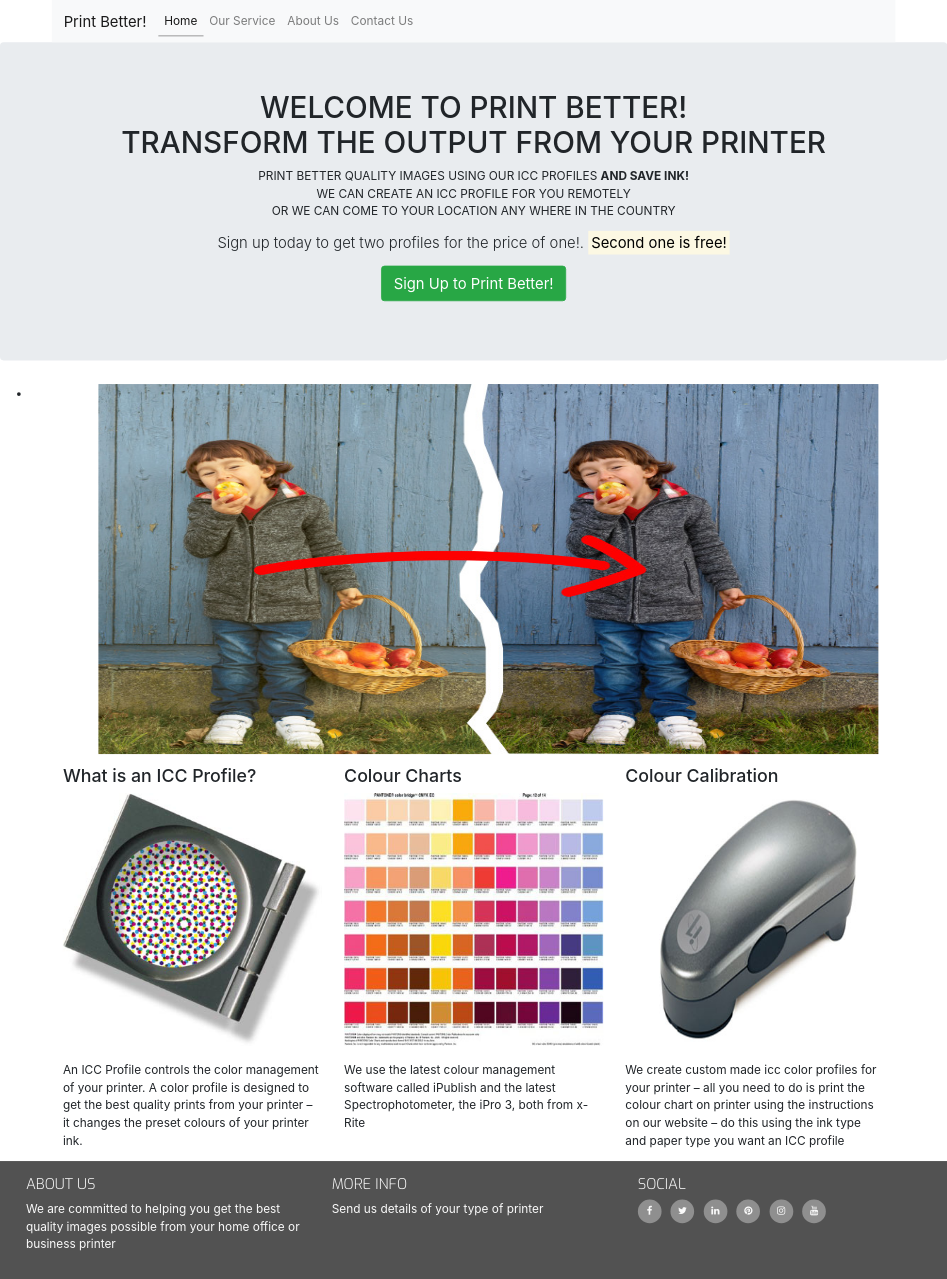
Repository: marks530/first_milestone
Page: service.html
An editor plug-in stored every save of this project. The page is shown before and after the next save, followed by the edit.
The browser window is 1280 px wide. The pictures show the whole page, at 74% of full size.
Some web libraries are served in a nearby version.

Above is the page before, as saved 2021-03-17 17:09:18.

### service.html
<!DOCTYPE html>
<html lang="en">

<head>
    <meta charset="UTF-8">
    <meta http-equiv="X-UA-Compatible" content="IE=edge">
    <meta name="viewport" content="width=device-width, initial-scale=1.0">
    <link href="css/style.css" rel="stylesheet" type="text/css" />
    <link rel="stylesheet" href="https://maxcdn.bootstrapcdn.com/bootstrap/4.2.1/css/bootstrap.min.css" type="text/css" />
    <link rel="stylesheet" href="https://maxcdn.bootstrapcdn.com/font-awesome/4.7.0/css/font-awesome.min.css" type="text/css" />
    <link rel="stylesheet" href="https://cdnjs.cloudflare.com/ajax/libs/hover.css/2.1.1/css/hover-min.css" type="text/css" />
    <link href='https://fonts.googleapis.com/css?family=Roboto:100,200,300,400' rel='stylesheet' type='text/css'>

    <title>Navbar Test</title>

</head>

<body>
    <section>
        <nav class="navbar navbar-custom navbar-expand-lg navbar-light bg-light container">
            <a class="navbar-brand" href="#">Print Better!</a>
            <button class="navbar-toggler" type="button" data-toggle="collapse" data-target="#navbarSupportedContent" aria-controls="navbarSupportedContent" aria-expanded="false" aria-label="Toggle navigation">
            <span class="navbar-toggler-icon"></span>
            </button>

            <div class="collapse navbar-collapse" id="navbarSupportedContent">
                <ul class="navbar-nav mr-auto">
                    <li class="nav-item active">
                        <a class="nav-link" href="#">Home <span class="sr-only">(current)</span></a>
                    </li>
                    <li class="nav-item">
                        <a class="nav-link" href="#">Our Service</a>
                    </li>
                    <li class="nav-item">
                        <a class="nav-link" href="#">About Us</a>
                    </li>
                    <li class="nav-item">
                        <a class="nav-link" href="#">Contact Us</a>
                    </li>
                </ul>

            </div>
        </nav>
    </section>
    <section>
        <div class="jumbotron text-center">
            <h1 class="uppercase">Welcome to Print Better!<br>Transform the output from your Printer</h1>
            <p class="uppercase">Print better quality images using our ICC profiles <strong>and save ink!</strong><br>We can create an ICC profile for you remotely <br>or we can come to your location any where in the country
            </p>

            <p class="lead">Sign up today to get two profiles for the price of one!.
                <span class="d-inline d-sm-none"><br></span>
                <strong><mark>Second one is free!</mark></strong></p>
            <p><button class="btn btn-lg btn-success" data-toggle="modal" data-target="#signUpModal">Sign Up to Print Better!</button></p>

        </div>
    </section>
    <section>
        <div>
            <ul>
                <li>
                    <img src="images/before-after-profile.jpg" class="center">
                </li>

            </ul>
        </div>
    </section>
    <section>
        <div class="container">
            <div class="row">
                <div class="col-sm-4">
                    <h4>What is an ICC Profile?</h4>
                    <img src="images/Loupe.png" class="old-new" id="reduce">
                    <p class="shift">An ICC Profile controls the color management of your printer. A color profile is designed to get the best quality prints from your printer – it changes the preset colours of your printer ink.</p>

                </div>
                <div class="col-sm-4">
                    <h4>Colour Charts</h4>
                    <img src="images/color-chart.jpg" class="old-new" id="reduce">
                    <p class="shift">We use the latest colour management software called iPublish and the latest Spectrophotometer, the iPro 3, both from x-Rite </p>

                </div>
                <div class="col-sm-4">
                    <h4>Colour Calibration</h4>
                    <img src="images/xRite.jpg" class="old-new" id="reduce">
                    <p class="shift">We create custom made icc color profiles for your printer – all you need to do is print the colour chart on printer using the instructions on our website – do this using the ink type and paper type you want an ICC profile</p>
                </div>
            </div>
        </div>

    </section>
    <section>
        <div class="modal fade" id="signUpModal" tabindex="-1" role="dialog" aria-labelledby="signUpModal" aria-hidden="true">
            <div class="modal-dialog modal-dialog-centered" role="document">
                <div class="modal-content">
                    <div class="modal-header">
                        <h5 class="modal-title" id="exampleModalLongTitle">Modal title</h5>
                        <button type="button" class="close" data-dismiss="modal" aria-label="Close">
                <span aria-hidden="true">&times;</span>
              </button>
                    </div>
                    <div class="modal-body">
                        <form>
                            <div class="form-group">
                                <label for="exampleInputEmail1">Email address</label>
                                <input type="email" class="form-control" id="exampleInputEmail1" aria-describedby="emailHelp" placeholder="Enter email">
                                <small id="emailHelp" class="form-text text-muted">We'll never share your email with anyone else.</small>
                            </div>
                            <div class="form-group">
                                <label for="exampleInputPassword1">Password</label>
                                <input type="password" class="form-control" id="exampleInputPassword1" placeholder="Password">
                            </div>
                            <div class="form-check">
                                <input type="checkbox" class="form-check-input" id="exampleCheck1">
                                <label class="form-check-label" for="exampleCheck1">Check me out</label>
                            </div>
                            <button type="submit" class="btn btn-primary">Submit</button>
                        </form>
                    </div>
                    <div class="modal-footer">
                        <button type="button" class="btn btn-secondary" data-dismiss="modal">Close</button>
                        <button type="button" class="btn btn-primary">Save changes</button>
                    </div>
                </div>
            </div>
        </div>
    </section>
    <footer class="container-fluid">
        <div id="footer-details" class="row">
            <div class="col-sm-4">
                <h5 class="uppercase general-sub">About Us</h5>
                <p class="inline-block">
                    We are committed to helping you get the best quality images possible from your home office or business printer
                </p>
            </div>
            <div class="col-sm-4">
                <h5 class="uppercase general-sub">More Info</h5>
                <p class="inline-block">
                    Send us details of your type of printer
                </p>
            </div>
            <div class="col-sm-4">
                <h5 class="uppercase general-sub">Social</h5>
                <ul class="list-inline social-links">
                    <li class="list-inline-item">
                        <a target="_blank" href="#">
                            <i class="fa fa-facebook" aria-hidden="true"></i>
                            <span class="sr-only">Facebook</span>
                        </a>
                    </li>
                    <li class="list-inline-item">
                        <a target="_blank" href="#">
                            <i class="fa fa-twitter" aria-hidden="true"></i>
                            <span class="sr-only">Twitter</span>
                        </a>
                    </li>
                    <li class="list-inline-item">
                        <a target="_blank" href="#">
                            <i class="fa fa-linkedin" aria-hidden="true"></i>
                            <span class="sr-only">LinkedIn</span>
                        </a>
                    </li>
                    <li class="list-inline-item">
                        <a target="_blank" href="#">
                            <i class="fa fa-pinterest" aria-hidden="true"></i>
                            <span class="sr-only">Pinterest</span>
                        </a>
                    </li>
                    <li class="list-inline-item">
                        <a target="_blank" href="#">
                            <i class="fa fa-instagram" aria-hidden="true"></i>
                            <span class="sr-only">Instagram</span>
                        </a>
                    </li>
                    <li class="list-inline-item">
                        <a target="_blank" href="#">
                            <i class="fa fa-youtube" aria-hidden="true"></i>
                            <span class="sr-only">YouTube</span>
                        </a>
                    </li>
                </ul>
            </div>
        </div>
    </footer>
    <script src="https://cdnjs.cloudflare.com/ajax/libs/popper.js/1.12.9/umd/popper.min.js" integrity="sha384-ApNbgh9B+Y1QKtv3Rn7W3mgPxhU9K/ScQsAP7hUibX39j7fakFPskvXusvfa0b4Q" crossorigin="anonymous"></script>
    <script src="https://code.jquery.com/jquery-3.2.1.slim.min.js" integrity="sha384-KJ3o2DKtIkvYIK3UENzmM7KCkRr/rE9/Qpg6aAZGJwFDMVNA/GpGFF93hXpG5KkN" crossorigin="anonymous"></script>
    <script src="https://maxcdn.bootstrapcdn.com/bootstrap/4.0.0/js/bootstrap.min.js" integrity="sha384-JZR6Spejh4U02d8jOt6vLEHfe/JQGiRRSQQxSfFWpi1MquVdAyjUar5+76PVCmYl" crossorigin="anonymous"></script>
</body>

</html>

### css/style.css
@import url('https://fonts.googleapis.com/css?family=Roboto:100,200,300,400,500,600,700|Exo:100,200,300,400,500,600,700');
body {
    font-family: Roboto;
    color: #777777
}

h2 {
    font-family: Exo;
    text-transform: uppercase;
    letter-spacing: 14px;
    color: #555555
}

#logo {
    float: left;
    font-size: 280%;
    margin-left: 120px;
}

#menu {
    font-size: 140%;
    list-style-type: none;
    letter-spacing: 1px;
    margin-right: 120px;
}

#menu {
    line-height: 75px;
}

#menu li {
    float: right;
    margin-right: 20px;
}

#menu a {
    text-decoration: none;
    color: inherit;
}

#menu a:hover {
    border-bottom: 1px solid #777777;
}

.active {
    border-bottom: 1px solid #777777;
}

.center {
    display: block;
    margin-left: auto;
    margin-right: auto;
    width: 85%;
    max-height: 500px;
}

.old-new {
    max-width: 100%;
    height: auto;
    object-fit: contain;
}

#move-image-down {
    margin-top: 30px;
}

.jumbotron {
    padding-left: 20px;
    padding-right: 20px;
}


/*---------------Special paddings/margins/text */

h1,
h2,
h3,
h4 {
    margin: 0;
}

.uppercase {
    text-transform: uppercase;
}

.general-sub {
    font-family: "Exo", sans serif;
    font-weight: 300;
    color: #fafafa;
}

.shift {
    margin-top: 20px;
}


/*----------------------------------Footer */

footer {
    background-color: #525252;
    color: #fafafa;
    min-height: 120px;
    margin: 0;
}

.inline-block {
    display: inline-block;
}

.social-links {
    padding-bottom: 15px;
}

.social-links li a i {
    width: 32px;
    height: 32px;
    padding: 12px 0;
    border-radius: 50%;
    font-size: 13px;
    line-height: 7px;
    text-align: center;
    color: #fafafa;
    background: #8f8f8f;
    transition: all 0.35s ease-in-out;
    -moz-transition: all 0.35s ease-in-out;
    -webkit-transition: all 0.35s ease-in-out;
    -o-transition: all 0.35s ease-in-out;
}

.social-links li a i:hover {
    background: #e84610;
}

#footer-details {
    padding: 20px;
}

After the next save:
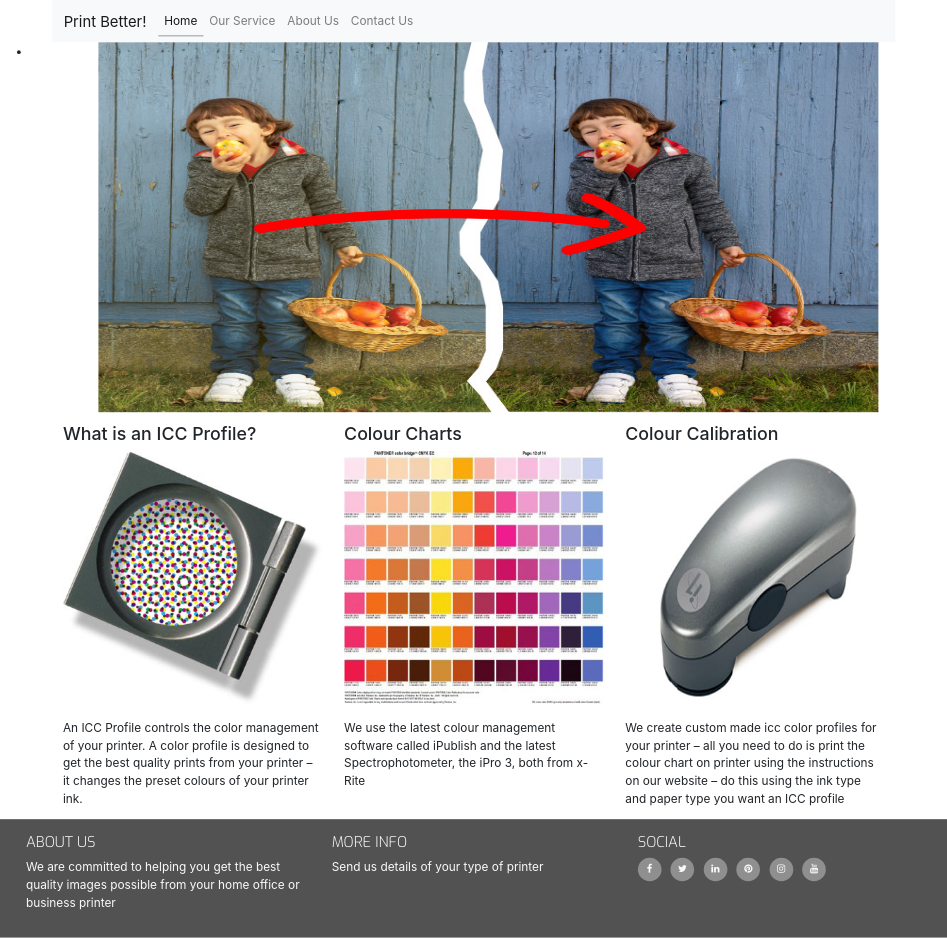
Saved 2 min 33 s later.
--- a/service.html
+++ b/service.html
@@ -42,19 +42,8 @@
             </div>
         </nav>
     </section>
-    <section>
-        <div class="jumbotron text-center">
-            <h1 class="uppercase">Welcome to Print Better!<br>Transform the output from your Printer</h1>
-            <p class="uppercase">Print better quality images using our ICC profiles <strong>and save ink!</strong><br>We can create an ICC profile for you remotely <br>or we can come to your location any where in the country
-            </p>
 
-            <p class="lead">Sign up today to get two profiles for the price of one!.
-                <span class="d-inline d-sm-none"><br></span>
-                <strong><mark>Second one is free!</mark></strong></p>
-            <p><button class="btn btn-lg btn-success" data-toggle="modal" data-target="#signUpModal">Sign Up to Print Better!</button></p>
 
-        </div>
-    </section>
     <section>
         <div>
             <ul>
